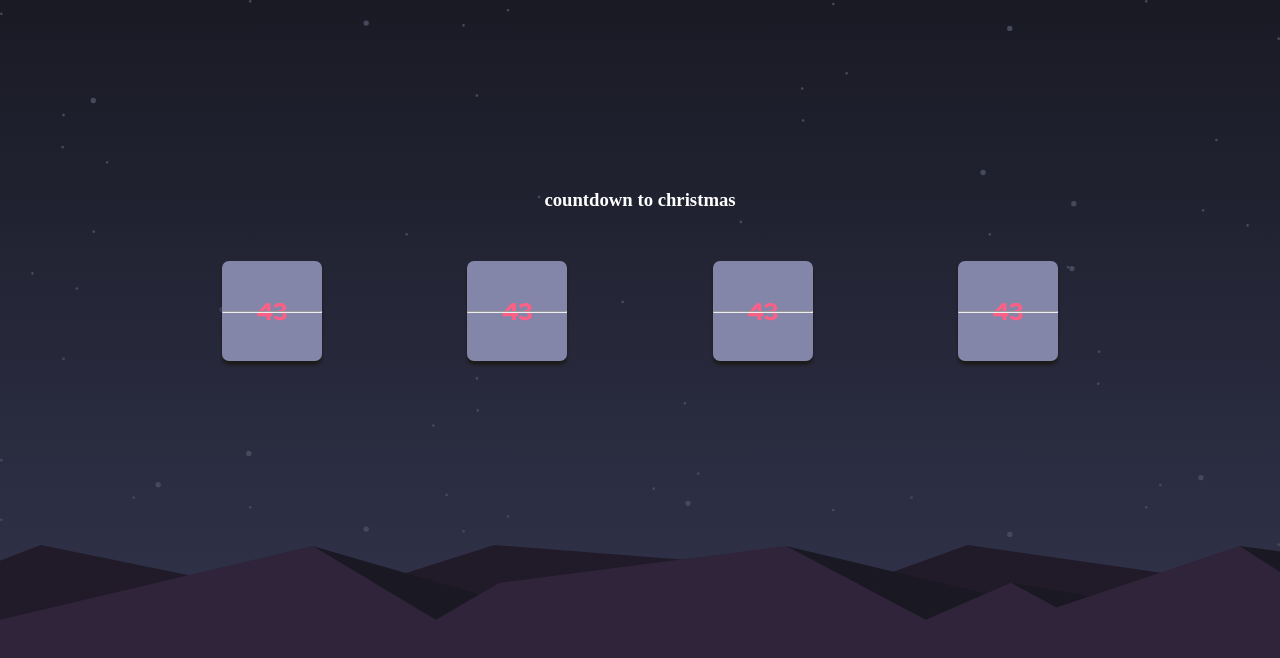
Repository: Eugene44-hub/countdown
Page: index.html
These files come from the project's save history. The page is drawn as it stood at one moment and after the next save; the edit follows.
The browser window is 1280 px wide. The pictures show the whole page.

Above is the page before, as saved 2021-09-12 03:21:40.

After the next save:
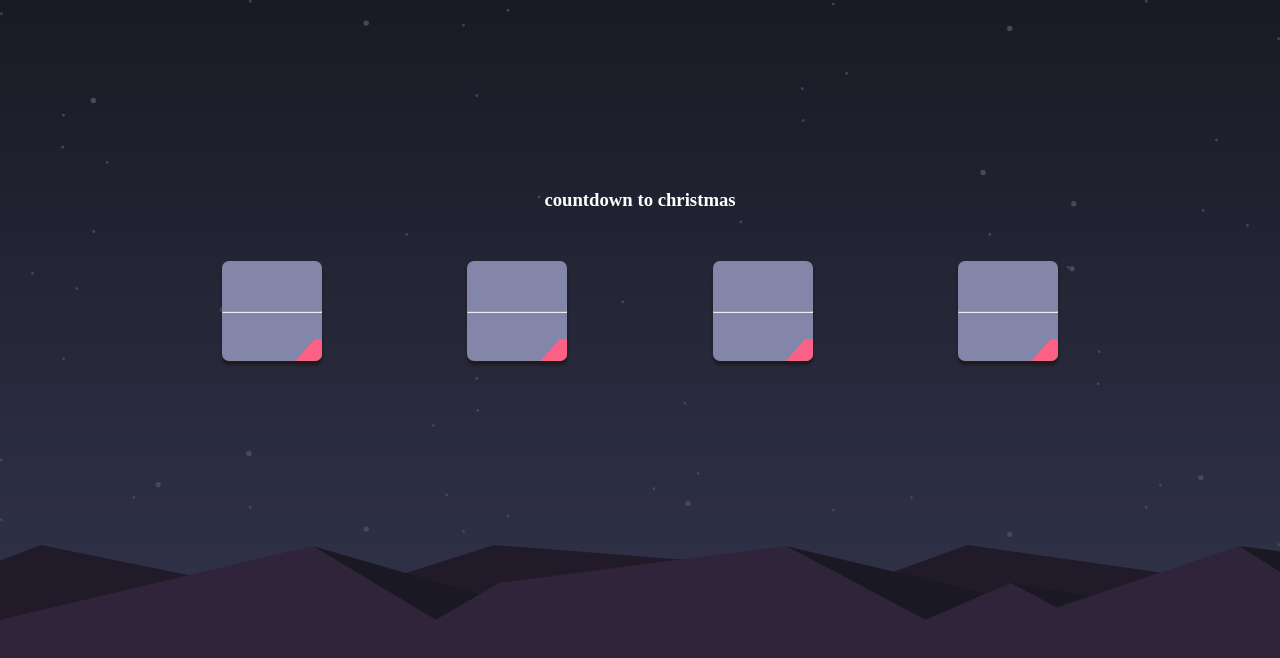
Saved 4 s later.
--- a/style.css
+++ b/style.css
@@ -56,7 +56,7 @@ h3 {
 
 p {
     margin: auto;
-    font-size: 150%;
+    font-size: 1150%;
     font-family: 'Red Hat Text';
     color: hsl(345, 95%, 68%);
 }

After the save that followed:
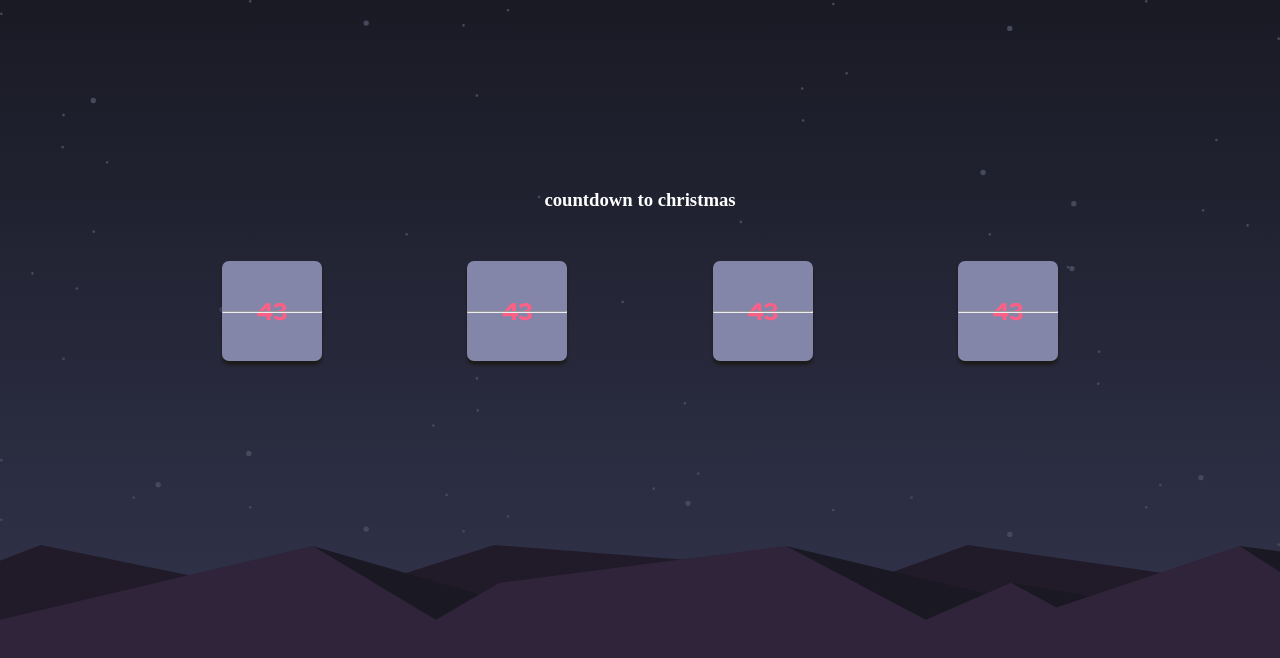
Saved 4 s later.
--- a/style.css
+++ b/style.css
@@ -56,7 +56,7 @@ h3 {
 
 p {
     margin: auto;
-    font-size: 1150%;
+    font-size: 150%;
     font-family: 'Red Hat Text';
     color: hsl(345, 95%, 68%);
 }
